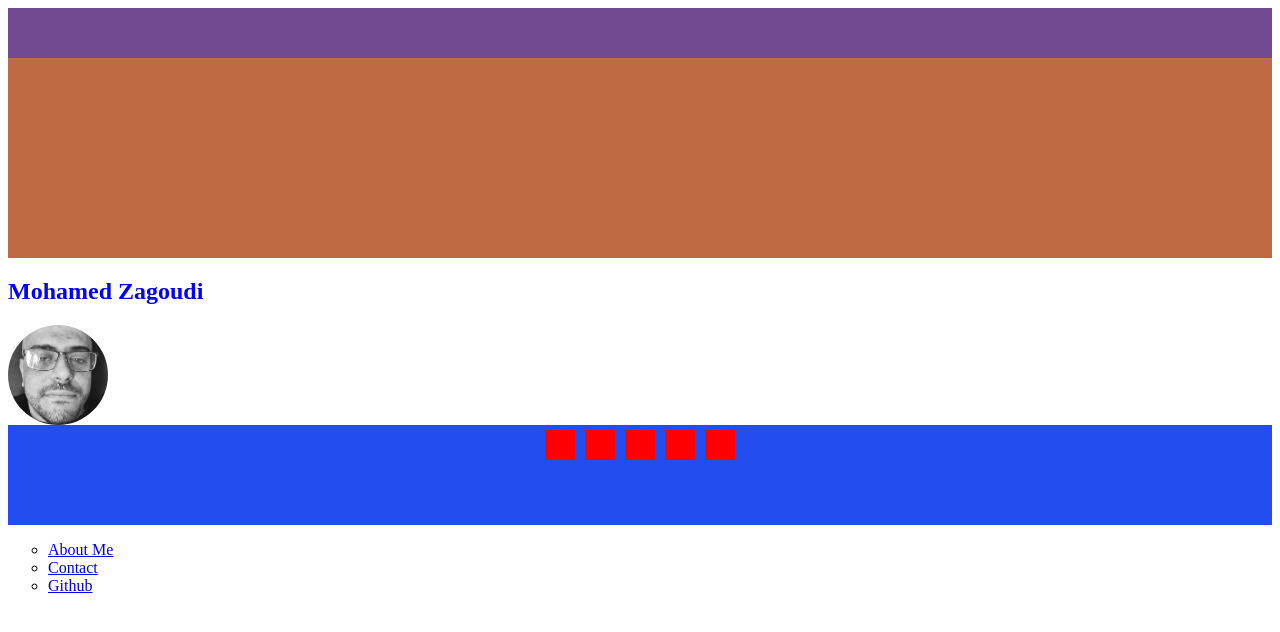
Repository: Mohzagou/Eersteportofolio
Page: index.html
These files come from the project's save history. The page is drawn as it stood at one moment and after the next save; the edit follows.
The browser window is 1280 px wide. The pictures show the whole page.

Above is the page before, as saved 2022-06-07 20:01:22.

After the next save:
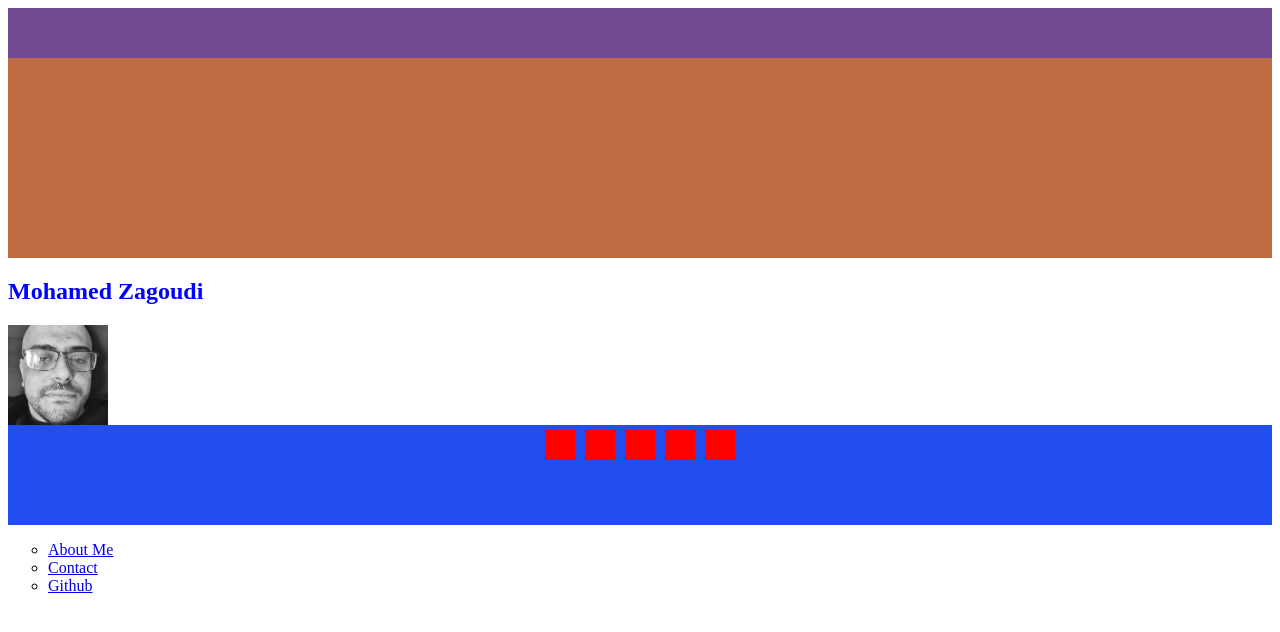
Saved 3 min 30 s later.
--- a/styles.css
+++ b/styles.css
@@ -28,7 +28,6 @@ section {
 
 .avatar {
     width: 100px;
-    border-radius: 50px;
 }
 
 #name {
